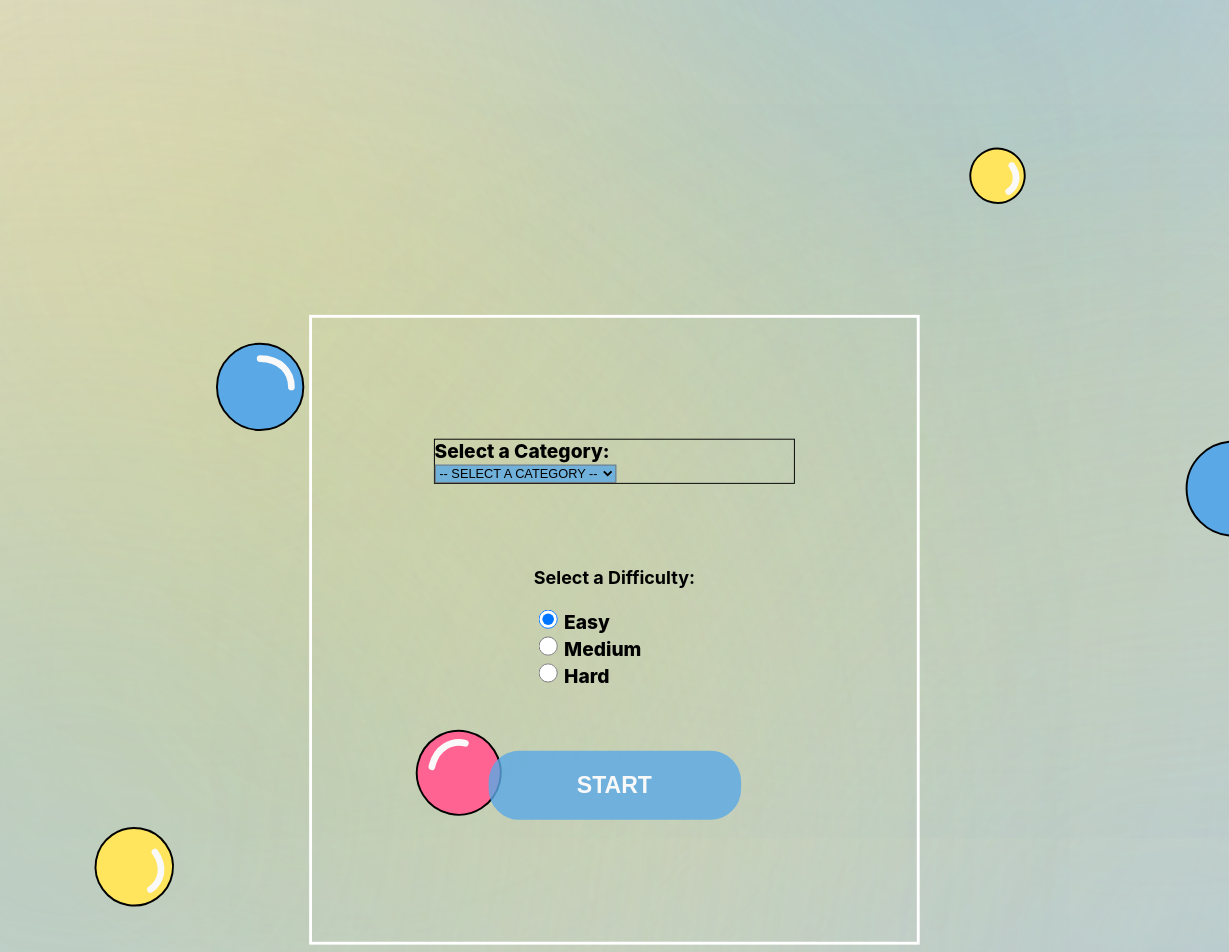
Repository: sierralaurent/SmartiePants
Page: trivia.html
These files come from the project's save history. The page is drawn as it stood at one moment and after a run of saves; the edit follows.
The browser window is 1280 px wide. The pictures show the whole page, at 96% of full size.
The page's requests for data from a server got no answer.

Above is the page before, as saved 2023-05-16 12:49:43.
Console error: TypeError: Cannot read properties of null (reading 'addEventListener')

### trivia.html
<!DOCTYPE html>
<html lang="en">
<!--Page to select category and difficulty-->
<head>
  <meta charset="UTF-8">
  <title>SMARTIEPANTS | START TRIVIA</title>
  <link rel="stylesheet" href="trivia.css" />
</head>

<body>
  <div class="mainContainer">
    <div class="categoryContainer">
      <label for="category-dropdown">Select a Category:</label>
      <select id="category-dropdown">
      <option value="">-- SELECT A CATEGORY --</option>
    </select>
    </div>

    <div class="difficultyContainer">
      <h3>Select a Difficulty:</h3>
    <input type="radio" id="easy" name="difficulty" value="easy" checked>
    <label for="easy">Easy</label><br>
    <input type="radio" id="medium" name="difficulty" value="medium">
    <label for="medium">Medium</label><br>
    <input type="radio" id="hard" name="difficulty" value="hard">
    <label for="hard">Hard</label>
    </div>

    <a href="/quiz.html"><button class="startButton">START</button></a>
  </div>

  <script src="trivia.js"></script>
</body>

</html>

### trivia.css
body {
    background-image: url('./background.svg');
    display: flex;
    align-items: center;
    justify-content: center;
    padding-top: 25%;
    font-family: 'Inter', sans-serif;
    font-weight: 800;
    font-size: 16px;
}
.mainContainer {
    border: 3px solid white;
    display: flex;
    flex-direction: column;
    justify-content: center;
    align-items: center;
    padding: 10%;
    gap: 3rem;
}
.categoryContainer {
    border: solid 1px black;
    padding-right: 10%;
    align-items: center;
    justify-content: center;

}

.difficultyContainer {
    padding: 5%;
    gap: 5%;
}
label {
    font-size: 20px;
}
input {
    cursor: pointer;
    height: 20px;
    width: 20px;
}
select {
    background-color:  rgba(90, 169, 230, 0.8);
}

.startButton {
    width: 16.438rem;
    height: 4.5rem;
    border-radius: 2rem;
    background-color: rgba(90, 169, 230, 0.8);
    border: none;
    color: #F9F9F9;
    font-size: 1.5rem;
    font-weight: 700;
    transition: 0.2s;
    user-select: none;
    cursor: pointer;
}

.startButton:hover {
    background-color: rgba(90, 169, 230, 1);
    transition: 0.2s;
    transform: translateY(-5px);
}

.startButton:active {
    background-color: rgba(90, 169, 230, 1);
    transition: 0.2s;
    transform: translateY(5px)
}

### trivia.js
// get the dropdown input and turns it into const
const categoryDropdown = document.getElementById("category-dropdown");
let display = '';
// fetches categories from api
fetch("https://opentdb.com/api_category.php")
  .then(response => response.json())
  .then(data => {
    // sets categories value to the data in the trivia_categories json from api
    const categories = data.trivia_categories;
    // sorts categories alphabetically
    categories.sort((a, b) => a.name.localeCompare(b.name));
    categories.forEach(category => {
      // for each category, it creates an element in the dropdown
      const option = document.createElement("option");
      option.value = category.id;
      option.text = category.name;
      categoryDropdown.add(option);
    });
  })
  // catches any errors
  .catch(error => console.error(error));



const startButton = document.getElementById("start-button");
const difficultyRadios = document.getElementsByName("difficulty");
let url = ''

// event listener for the start button. runs startQuiz function
startButton.addEventListener("click", startQuiz);

//sets the category to the value of what user picked in dropdown
function startQuiz() {
  const category = categoryDropdown.value;
  // sets diffiulty based on what user picked in radio buttons
  const difficulty = getSelectedRadioValue(difficultyRadios);
  //the url of what questions the api will give based on category and difficulty user picked
  url = `https://opentdb.com/api.php?amount=10&type=multiple${category ? `&category=${category}` : ""}${difficulty ? `&difficulty=${difficulty}` : ""}`;

  const quizContainer = document.getElementById("quizContainer");
  const settingsContainer = document.getElementById("settingsContainer")

  if (quizContainer.style.display === 'none') {
    settingsContainer.style.display = 'none'
    quizContainer.style.display = 'block';
  } else {
    quizContainer.style.display === 'none';
    settingsContainer.style.display = 'block'
  }

  const question = document.getElementById('question');
  const choices = Array.from(document.getElementsByClassName('choice-text'));
  const progressText = document.getElementById('progressText');
  const scoreText = document.getElementById('score');
  const progressBarFull = document.getElementById('progressBarFull');
  let currentQuestion = {};
  let acceptingAnswers = false;
  let score = 0;
  let questionCounter = 0;
  let availableQuesions = [];
  let questions = [];

  fetch(
    `${url}`
  )
    .then((res) => {
      return res.json();
    })
    .then((loadedQuestions) => {
      questions = loadedQuestions.results.map((loadedQuestion) => {
        const formattedQuestion = {
          question: loadedQuestion.question,
        };

        const answerChoices = [...loadedQuestion.incorrect_answers];
        formattedQuestion.answer = Math.floor(Math.random() * 4) + 1;
        answerChoices.splice(
          formattedQuestion.answer - 1,
          0,
          loadedQuestion.correct_answer
        );

        answerChoices.forEach((choice, index) => {
          formattedQuestion['choice' + (index + 1)] = choice;
        });

        return formattedQuestion;
      });
      startGame();
    })
    .catch((err) => {
      console.error(err);
    });

  //CONSTANTS
  const CORRECT_BONUS = 10;
  const MAX_QUESTIONS = 10;

  startGame = () => {
    questionCounter = 0;
    score = 0;
    availableQuesions = [...questions];
    getNewQuestion();
  };

  getNewQuestion = () => {
    if (availableQuesions.length === 0 || questionCounter >= MAX_QUESTIONS) {
      localStorage.setItem('mostRecentScore', score);
      //go to the end page
      return window.location.assign('/end.html');
    }
    questionCounter++;
    progressText.innerText = `Question ${questionCounter}/${MAX_QUESTIONS}`;
    //Update the progress bar
    progressBarFull.style.width = `${(questionCounter / MAX_QUESTIONS) * 100}%`;

    const questionIndex = Math.floor(Math.random() * availableQuesions.length);
    currentQuestion = availableQuesions[questionIndex];
    question.innerText = currentQuestion.question;

    choices.forEach((choice) => {
      const number = choice.dataset['number'];
      choice.innerText = currentQuestion['choice' + number];
    });

    availableQuesions.splice(questionIndex, 1);
    acceptingAnswers = true;
  };

  choices.forEach((choice) => {
    choice.addEventListener('click', (e) => {
      if (!acceptingAnswers) return;

      acceptingAnswers = false;
      const selectedChoice = e.target;
      const selectedAnswer = selectedChoice.dataset['number'];

      const classToApply =
        selectedAnswer == currentQuestion.answer ? 'correct' : 'incorrect';

      if (classToApply === 'correct') {
        incrementScore(CORRECT_BONUS);
      }

      selectedChoice.parentElement.classList.add(classToApply);

      setTimeout(() => {
        selectedChoice.parentElement.classList.remove(classToApply);
        getNewQuestion();
      }, 1000);
    });
  });

  incrementScore = (num) => {
    score += num;
    scoreText.innerText = score;
  };


  console.log(url)
}

function getSelectedRadioValue(radios) {
  for (let i = 0; i < radios.length; i++) {
    if (radios[i].checked) {
      return radios[i].value;
    }
  }
  return null;
}

After the next 3 saves:
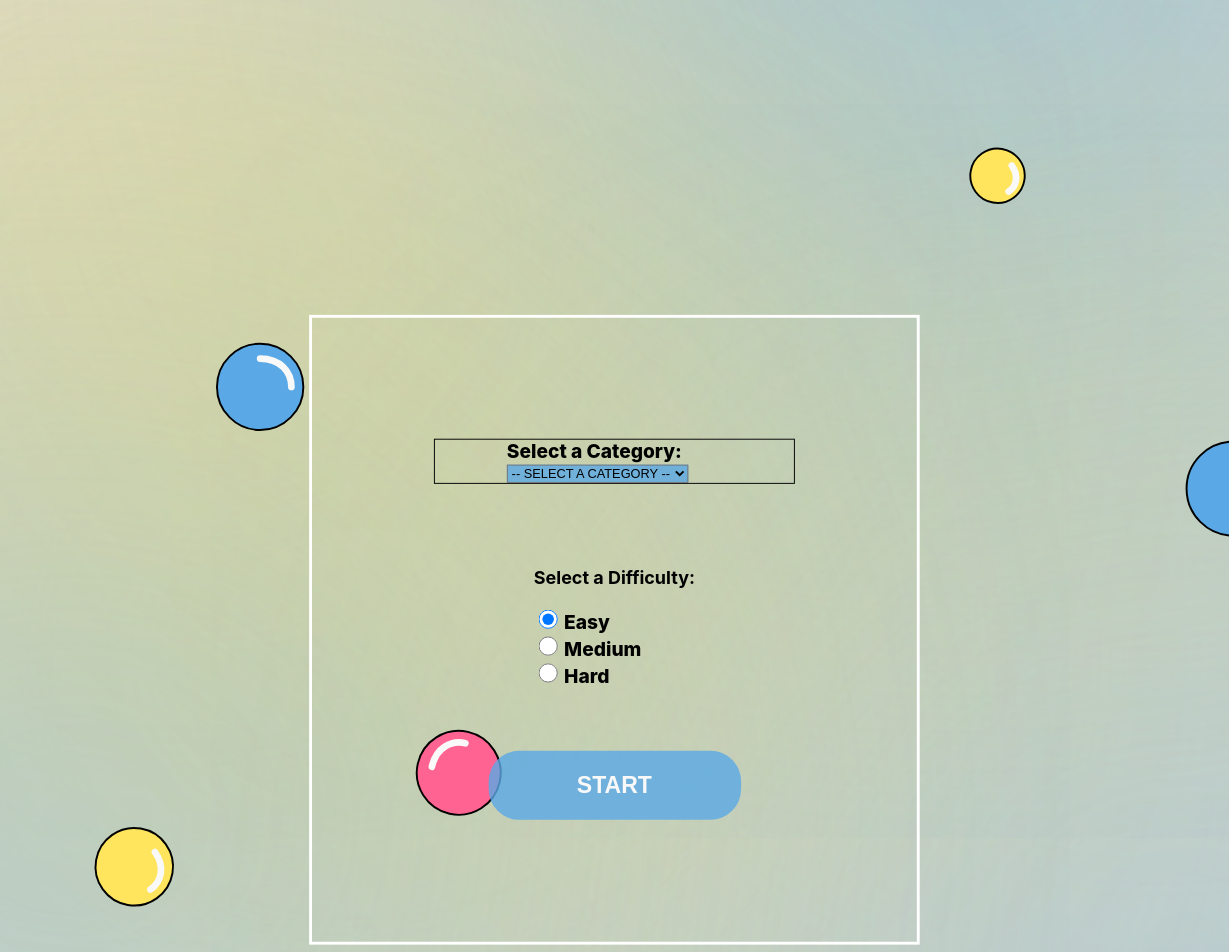
The 3 saves are shown as one change because they came seconds apart.
The last was saved 25 s later.
--- a/trivia.css
+++ b/trivia.css
@@ -19,7 +19,7 @@ body {
 }
 .categoryContainer {
     border: solid 1px black;
-    padding-right: 10%;
+    padding-left: 20%;
     align-items: center;
     justify-content: center;
 
